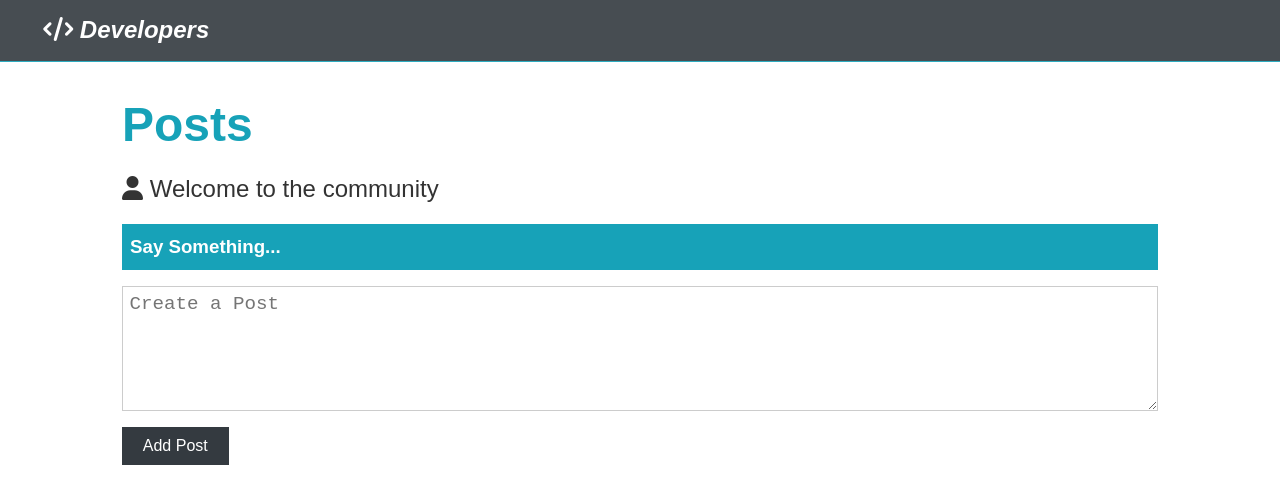
Repository: priyavmehta/Developers
Page: /posts (app in client/)
These files come from the project's save history. The page is drawn as it stood at one moment and after the next save; the edit follows.
The browser window is 1280 px wide. The pictures show the whole page.
The page's requests for data from a server got no answer. Some web libraries are served in a nearby version. The project was rebuilt for these pictures with package versions that can differ from the ones it lists, and the page was loaded fresh each time. No one was signed in, and anything a server would have sent is missing. Also part of the build but not shown: client/src/components/layout/Landing.js, client/src/components/auth/Login.js, client/src/components/auth/Register.js, client/src/components/layout/Alert.js, client/src/actions/profile.js, client/src/components/dashboard/DashboardActions.js, client/src/components/dashboard/Education.js, client/src/components/dashboard/Experience.js and 14 more. Imported but missing from the stored project, and not drawn on this page: client/src/actions/types.

Above is the page before, as saved 2020-12-24 16:58:49.

After the next save:
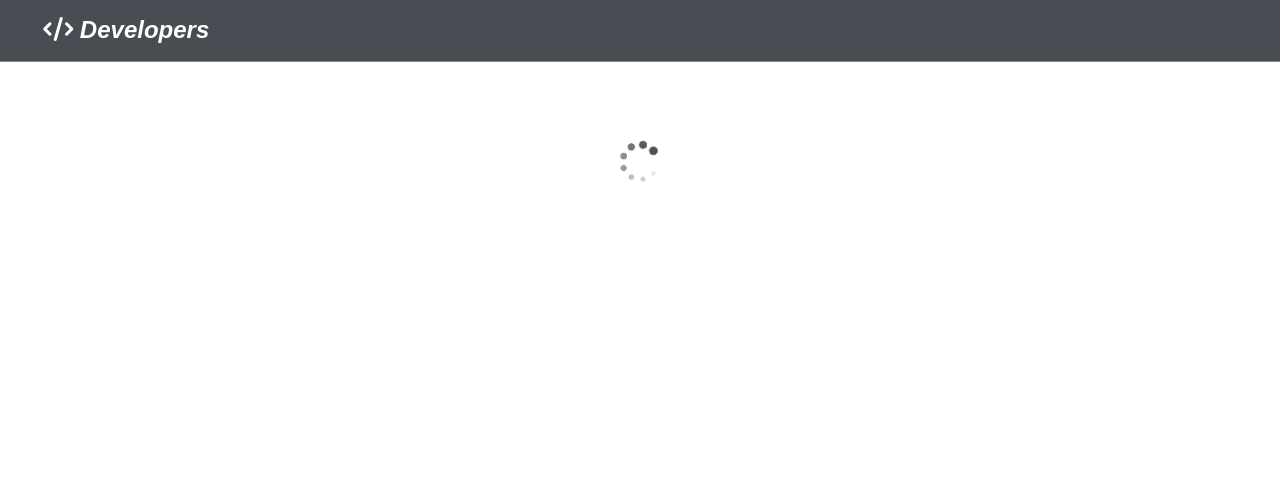
Saved 8 min 33 s later.
--- a/client/src/actions/post.js
+++ b/client/src/actions/post.js
@@ -1,6 +1,6 @@
 import axios from 'axios'
 import { setAlert } from './alert'
-import { ADD_POST, DELETE_POST, GET_POSTS, POST_ERROR, UPDATE_LIKES } from '../actions/types'
+import { ADD_POST, DELETE_POST, GET_POST, GET_POSTS, POST_ERROR, UPDATE_LIKES } from '../actions/types'
 
 export const getPosts = () => async dispatch => {
 
@@ -10,6 +10,29 @@ export const getPosts = () => async dispatch => {
 
         dispatch({
             type: GET_POSTS,
+            payload: res.data
+        });
+
+    } catch (error) {
+
+        console.log(error);
+        dispatch({
+            type: POST_ERROR,
+            payload: { msg: error.statusText, status: error.status }
+        });
+
+    }
+
+}
+
+export const getPost = postId => async dispatch => {
+
+    try {
+        const res = await axios.get(`/api/posts/${postId}`);
+        console.log(res);
+
+        dispatch({
+            type: GET_POST,
             payload: res.data
         });
 

After the save that followed:
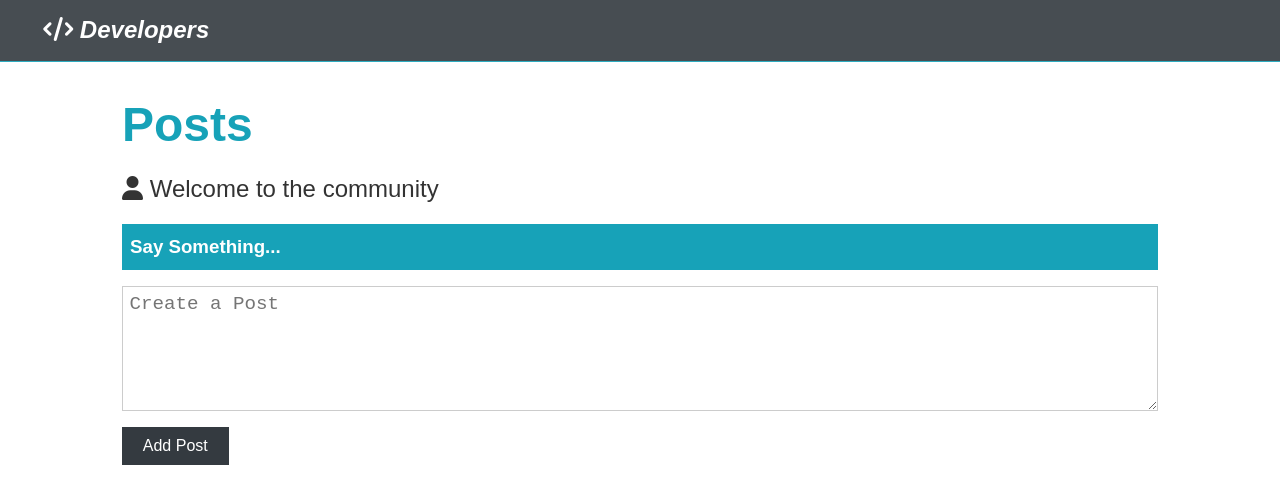
Saved 32 s later.
--- a/client/src/reducers/post.js
+++ b/client/src/reducers/post.js
@@ -1,4 +1,4 @@
-import { ADD_POST, DELETE_POST, GET_POSTS, POST_ERROR, UPDATE_LIKES } from '../actions/types'
+import { ADD_POST, DELETE_POST, GET_POST, GET_POSTS, POST_ERROR, UPDATE_LIKES } from '../actions/types'
 
 const initialState = {
     posts: [],
@@ -24,6 +24,12 @@ export default function (state = initialState, action) {
                 posts: payload,
                 loading: false
             };
+        case GET_POST:
+            return {
+                ...state,
+                post: payload,
+                loading: false
+            }
         case POST_ERROR:
             return {
                 ...state,
